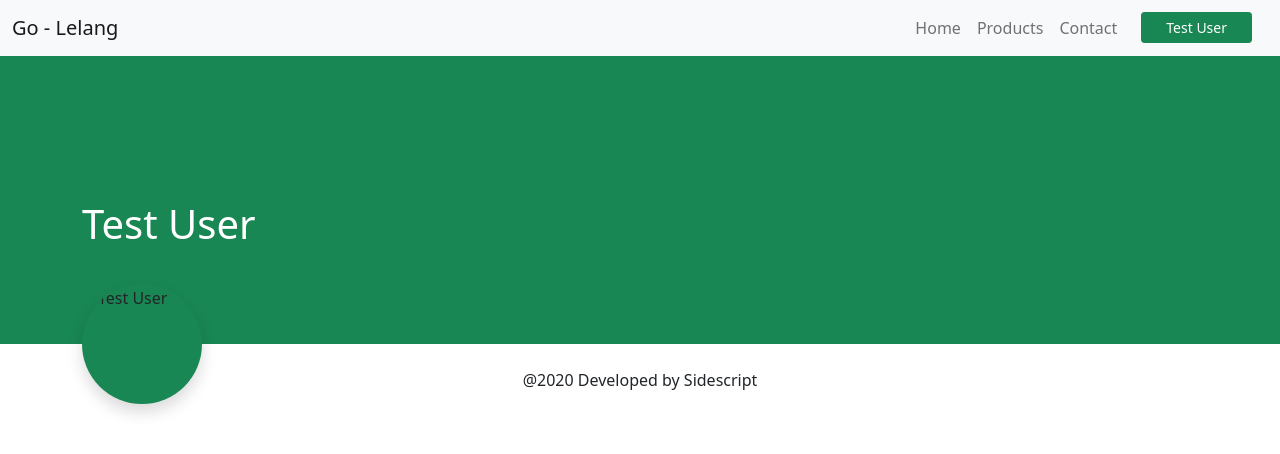
Repository: khulqu15/Go---Lelalng
Page: http://localhost/profile
An editor plug-in stored every save of this project. The page is shown before and after the next save, followed by the edit.
The browser window is 1280 px wide. The pictures show the whole page.
The page is served by the project's Laravel application, run on PHP 8.4 with Laravel 8. A made-up administrator, Test User (test@example.com), is signed in. Other server files are loaded and not shown.

Above is the page before, as saved 2021-02-22 20:20:38.

### routes/web.php
<?php

use App\Http\Controllers\DashboardController;
use App\Http\Controllers\PageController;
use App\Http\Controllers\UserController;
use Illuminate\Support\Facades\Route;

/*
|--------------------------------------------------------------------------
| Web Routes
|--------------------------------------------------------------------------
|
| Here is where you can register web routes for your application. These
| routes are loaded by the RouteServiceProvider within a group which
| contains the "web" middleware group. Now create something great!
|
*/

Route::get('/', [PageController::class, 'home'])->name('home');
Route::get('products', [PageController::class, 'products'])->name('products');
Route::get('product/{id}', [PageController::class, 'product'])->name('product');
Route::get('contact', [PageController::class, 'contact'])->name('contact');
Route::get('login', [PageController::class, 'login'])->name('login');
Route::get('register', [PageController::class, 'register'])->name('register');
Route::post('contact', [UserController::class, 'contactUs'])->name('contact.us');
Route::post('register', [UserController::class, 'register'])->name('register.post');
Route::post('login', [UserController::class, 'login'])->name('login.post');

Route::get('profile', [PageController::class, 'profile'])->name('profile');

Route::group(['middleware' => ['userDashboard']], function() {
    Route::get('dashboard', [DashboardController::class, 'index'])->name('dashboard');
    Route::get('dashboard/product', [DashboardController::class, 'product'])->name('dashboard.product');
    Route::get('dashboard/user', [DashboardController::class, 'user'])->name('dashboard.user');
    Route::get('dashboard/auction', [DashboardController::class, 'auction'])->name('dashboard.auction');
});

### app/Models/User.php
<?php

namespace App\Models;

use Illuminate\Contracts\Auth\MustVerifyEmail;
use Illuminate\Database\Eloquent\Factories\HasFactory;
use Illuminate\Foundation\Auth\User as Authenticatable;
use Illuminate\Notifications\Notifiable;
use Illuminate\Support\Facades\Hash;

class User extends Authenticatable
{
    use HasFactory, Notifiable;

    /**
     * The attributes that are mass assignable.
     *
     * @var array
     */
    protected $fillable = [
        'name',
        'email',
        'password',
    ];

    /**
     * The attributes that should be hidden for arrays.
     *
     * @var array
     */
    protected $hidden = [
        'password',
        'remember_token',
    ];

    /**
     * The attributes that should be cast to native types.
     *
     * @var array
     */
    protected $casts = [
        'email_verified_at' => 'datetime',
    ];

    public function Like()
    {
        return $this->hasMany(Like::class, 'user_id');
    }

    public function Auction()
    {
        return $this->hasMany(Auction::class, 'user_id');
    }

    public function isAdmin()
    {
        if($this->level == 'client') {
            return false;
        } else {
            return true;
        }
    }

    public function setPasswordAttribute($value)
    {
        $this->attributes['password'] = Hash::make($value);
    }
}

### app/Http/Controllers/PageController.php
<?php

namespace App\Http\Controllers;

use App\Models\Category;
use App\Models\Product;
use Illuminate\Http\Request;
use Illuminate\Support\Facades\Auth;

class PageController extends Controller
{
    public function home(Request $request)
    {
        $categories = Category::orderBy('id', 'DESC')->paginate(4);
        $query = Product::query();
        if($request->get('name')) {
            $products = $query->where('name', 'LIKE', '%'.$request->get('name').'%');
        }
        if($request->get('category')) {
            $products = $query->where('category_id', $request->get('category'));
        }
        $products = $query->with('Category')->orderBy('id', 'DESC')->paginate(3);
        return view('welcome', compact('products', 'categories'));
    }

    public function products(Request $request)
    {
        $categories = Category::orderBy('id', 'DESC')->paginate(4);
        $query = Product::query();
        if($request->get('name')) {
            $products = $query->where('name', 'LIKE', '%'.$request->get('name').'%');
        }
        if($request->get('category')) {
            $products = $query->where('category_id', $request->get('category'));
        }
        $products = $query->paginate(3);
        return view('page.products', compact('products', 'categories'));
    }

    public function product($id)
    {
        $product = Product::find($id);
        return view('page.product', compact('product'));
    }

    public function contact()
    {
        return view('page.contact');
    }

    public function login()
    {
        return view('auth.login');
    }

    public function register()
    {
        return view('auth.register');
    }

    public function profile()
    {
        if(Auth::check()) {
            return view('page.profile');
        }
        return redirect()->route('login')->with('error', 'Anda belum login');
    }
}

### resources/views/page/profile.blade.php
@extends('layout.app')

@section('title', Auth::user()->name)

@section('content')
<div class="container-fluid bg-success position-relative py-5">
    <div class="container py-5">
        <div class="row py-5">
            <div class="col-md-12">
                <div class="avatar-profile position-absolute shadow" style="bottom: -60px; width: 120px; height: 120px; border-radius: 120px;">
                    <img src="{{ asset('img/user/'.Auth::user()->avatar) }}" alt="{{ Auth::user()->name }}" class="image-fit-card">
                </div>
                <h1 class="text-white position-absolute">{{ Auth::user()->name }}</h1>
            </div>
        </div>
    </div>
</div>
@endsection

### resources/views/layout/app.blade.php
<!DOCTYPE html>
<html lang="en">
<head>
    <meta charset="UTF-8">
    <meta name="viewport" content="width=device-width, initial-scale=1.0">
    <meta http-equiv="X-UA-Compatible" content="ie=edge">
    <title>GO - Lelang | @yield('title')</title>

    <script src="{{ mix('css/app.css') }}"></script>
    <link rel="stylesheet" href="{{ asset('css/bootstrap.min.css') }}">
    <link rel="stylesheet" href="{{ asset('css/all.min.css') }}">
    <link rel="stylesheet" href="{{ asset('css/fontawesome.min.css') }}">
    <link rel="stylesheet" href="{{ asset('css/style.css') }}">

    <script src="{{ mix('js/app.js') }}"></script>
    <script src="{{ asset('js/jquery-3.5.1.min.js') }}"></script>
    <script src="{{ asset('js/bootstrap.min.js') }}"></script>
    <script src="{{ asset('js/all.min.js') }}"></script>
    <script src="{{ asset('js/fontawesome.min.js') }}"></script>

</head>
<body>

    @if(\Session::has('success'))
    <div role="alert" class="alert alert-success alert-dismissible show position-fixed alert-respond fade">
        <ul class="mb-0 pb-0">
            <li>{{ \Session::get('success') }}</li>
        </ul>
        <button type="button" class="btn-close" data-bs-dismiss="alert" aria-label="Close"></button>
    </div>
    @endif
    @if(\Session::has('error'))
    <div role="alert" class="alert alert-danger alert-dismissible show position-fixed alert-respond fade">
        <ul class="mb-0 pb-0">
            <li>{{ \Session::get('error') }}</li>
        </ul>
        <button type="button" class="btn-close" data-bs-dismiss="alert" aria-label="Close"></button>
    </div>
    @endif

    <nav class="navbar navbar-expand-lg navbar-light bg-light">
        <div class="container-fluid">
            <a class="navbar-brand" href="{{ route('home') }}">Go - Lelang</a>
            <button class="navbar-toggler" type="button" data-bs-toggle="collapse" data-bs-target="#navbarSupportedContent" aria-controls="navbarSupportedContent" aria-expanded="false" aria-label="Toggle navigation">
                <span class="navbar-toggler-icon"></span>
            </button>
            <div class="collapse navbar-collapse" id="navbarSupportedContent">
                <ul class="navbar-nav ms-auto mb-2 mb-lg-0">
                    <li class="nav-item">
                        <a class="nav-link {{ Request::is('home') ? 'active' : '' }}" aria-current="page" href="{{ route('home') }}">Home</a>
                    </li>
                    <li class="nav-item">
                        <a class="nav-link {{ Request::is('products') ? 'active' : '' }}"" href="{{ route('products') }}">Products</a>
                    </li>
                    <li class="nav-item">
                        <a class="nav-link {{ Request::is('contact') ? 'active' : '' }}"" href="{{ route('contact') }}">Contact</a>
                    </li>
                    <li class="nav-item pt-1 px-3">
                        @if (Auth::check())
                            <button onclick="window.location = '{{ route('profile') }}'" class="btn btn-success btn-sm px-4">{{ Auth::user()->name }}</button>
                        @else
                            <button class="btn btn-success btn-sm px-4" onclick="window.location = '{{ route('login') }}'">Login</button>
                            <button class="btn btn-light btn-sm px-2" onclick="window.location = '{{ route('register') }}'">Register</button>
                        @endif
                    </li>
                </ul>
            </div>
        </div>
    </nav>

    @yield('content')

    <footer class="container-fluid py-4">
        <div class="row">
            <div class="col-md-12 text-center">
                <p class="mb-0">@2020 Developed by Sidescript</p>
            </div>
        </div>
    </footer>
</body>
</html>

### public/css/style.css
body {
    overflow-x: hidden !important;
}
.viga {
    font-family: 'Viga', sans-serif;
}
.bgm-primary {
    background-color: #198754 !important;
}
.bgm-primary-light {
    background-color: #FFCECE !important;
}
.btnm-primary {
    border: none;
    border-radius: 0px !important;
    transition: all .3s ease-in-out;
    background-color: #198754 !important;
    padding: 1rem 2rem;
    color: white;
}
.shadow-smooth {
    box-shadow: 10px 20px 49px -8px rgba(0, 0, 0, 0.08) !important;
}
.page-item.active .page-link {
    background-color: #198754 !important;
    border-color: #198754 !important;
    color: white !important;
}
.page-link {
    color: #198754 !important;
}
.text-right {
    text-align: right !important;
}
.text-left {
    text-align: left !important;
}
.text-sm {
    font-size: .8rem;
}
.text-center {
    text-align: center !important;
}
.cursor-point {
    cursor: pointer;
}
.btnm-primary:hover {
    color: white !important;
    background-color: #c01c1c !important;
}
.btnm-light {
    border: none;
    border-radius: 0px !important;
    transition: all .3s ease-in-out;
    background-color: #f2f2f2 !important;
    padding: 1rem 2rem;
    color: #292929;
}
.btnm-light:hover {
    color: #292929 !important;
    background-color: #c2c2c2 !important;
}
.textm-primary {
    color: #198754 !important;
}
.textm-gray {
    color: gray !important;
}

.input-search-home {
    width: 80%;
    position: absolute;
    left: 10%;
    height: 60px;
    box-shadow: 0px 20px 40px -6px rgba(0, 0, 0, 0.12);
    top: -50px;
    background-color: white;
}
.input-search-home input {
    height: 60px;
}
.input-search-home button,
.input-search-home a {
    position: relative;
    top: -10px;
}
.maxm-height {
    min-height: 70vh;
    max-height: 70vh !important;
    overflow-y: auto !important;
    overflow-x: hidden !important;
}


.card-product {
    width: 100%;
    transition: all .3s ease-in-out;
    height: 370px;
    background-color: white;
}
.card-product:hover {
    box-shadow: 12px 24px 48px rgba(0, 0, 0, 0.09);
}
.card-product .image {
    width: 100%;
    height: 170px;
    background-color: #f36c6c;
    overflow: hidden;
}
.card-product .image img {
    transition: all .3s ease-in-out;
}
.card-product .image:hover img {
    transform: scale(1.1);
    opacity: .6;
}
.card-product .like {
    width: 50px;
    height: 50px;
    border-radius: 50px;
    background-color: #fccece;
    color: #198754;
    position: absolute;
    line-height: 53px;
    text-align: center;
    z-index: 10;
    top: 140px;
    right: 20px;
    transition: all .3s ease-in-out;
}
.card-product .like:hover {
    cursor: pointer;
    background-color: #c01c1c;
    color: #FFCECE;
}
.card-product .liked {
    width: 50px;
    height: 50px;
    border-radius: 50px;
    background-color: #198754;
    color: #fccece;
    position: absolute;
    line-height: 53px;
    text-align: center;
    z-index: 10;
    top: 140px;
    right: 20px;
    transition: all .3s ease-in-out;
}
.card-product .like:hover {
    cursor: pointer;
    color: #c01c1c;
    background-color: #FFCECE;
}
.image-fit-card {
    width: 100%;
    height: 100%;
    object-fit: cover !important;
}
.card-product .line-category {
    display: inline-block;
    width: 20px;
    height: 3px;
    background-color: gray;
}

.bg-hammer-bottom {
    background: url('../img/wallpaper/hammer.png');
    background-attachment: fixed;
    background-position: center;
    background-size: cover;
}

.input-email-footer {
    position: relative;
    width: 100%;
    height: 70px;
    box-shadow: 0px 19px 38px rgba(0, 0, 0, 0.12);
    background-color: white;
}
.input-email-footer input {
    height: 70px;
    width: 100%;
}
.input-email-footer button {
    position: relative;
    top: -8px
}

.menu-footer {
    color: rgba(255, 255, 255, .5);
}
.menu-footer.active,
.menu-footer:hover {
    color: rgba(255, 255, 255, 1);
    cursor: pointer;
    transition: all .4s ease-in-out;
}
.menu-footer .icon {
    position: absolute;
    right: -50px;
    opacity: 0;
    transition: all .2s ease-in-out;
    visibility: hidden;
}
.menu-footer.active .icon,
.menu-footer:hover .icon {
    position: relative;
    opacity: 1;
    right: 0;
    visibility: visible;
}
.menu-footer .menu-title {
    transition: all .2s ease-in-out;
    position: relative;
    font-size: 3rem;
    right: -10px;
}
.menu-footer.active .menu-title,
.menu-footer:hover .menu-title {
    position: relative;
    right: 0px;
}

.icons-footer svg {
    transition: all .2s ease-in-out;
    color: #c2c2c2;
    margin: 0px .8rem;
    font-size: 1.4rem;
}

.icons-footer svg:hover {
    cursor: pointer;
    color: #767676;
}

.navbar {
    transition: all .3s ease-in-out;
    z-index: 100;
}
.burger {
    position: relative;
    top: -5px;
    margin: 10px 0px 0px 0px;
}
.burger div {
    width: 30px;
    height: 2px;
    margin: 7px 0px;
    position: relative;
    background-color: #767676;
    transition: all .3s ease-in-out;
}
.burger.times div:nth-child(1) {
    transform: rotate(45deg);
    top: 5px;
}
.burger.times div:nth-child(2) {
    transform: rotate(-45deg);
    top: -5px;
}

.navbar-fixed {
    position: fixed;
    width: 100%;
    z-index: 50;
    overflow-x: hidden !important;
    overflow-y: auto !important;
    height: 100%;
    top: 0;
    opacity: 1;
    transform: skew(0deg);
    background-color: white;
    visibility: visible;
    right: 0;
    transition: all .5s ease-in;
}
.avatar-sm {
    width: 40px;
    height: 40px;
    border-radius: 40px;
    overflow: hidden;
    display: inline-block;
}
.avatar-md {
    width: 50px;
    height: 50px;
    border-radius: 50px;
    overflow: hidden;
    display: inline-block;
}
.avatar-sm-navbar {
    width: 40px;
    height: 40px;
    border-radius: 40px;
    display: inline-block;
    right: 120px;
    position: absolute;
    z-index: 10;
    overflow: hidden;
    transition: all .3s ease-in-out;
    top: 24px;
    box-sizing: content-box;
}
.avatar-sm-navbar:hover {
    cursor: pointer;
    border: 4px solid gainsboro;
    top: 20px;
    right: 112px;
}
.navbar-fixed.hide {
    transform: skew(10deg) !important;
    opacity: 0 !important;
    right: -100% !important;
    visibility: hidden !important;
}
.menu-navbar {
    color: rgba(44, 44, 44, 0.5);
}
.menu-navbar.active,
.menu-navbar:hover {
    color: rgba(44, 44, 44, 1) !important;
    cursor: pointer;
    transition: all .4s ease-in-out;
}
.menu-navbar .icon {
    position: absolute;
    right: -50px;
    opacity: 0;
    transition: all .2s ease-in-out;
    visibility: hidden;
}
.menu-navbar.active .icon,
.menu-navbar:hover .icon {
    position: relative;
    opacity: 1;
    right: 0;
    visibility: visible;
}
.menu-navbar .menu-title {
    transition: all .2s ease-in-out;
    position: relative;
    font-size: 3rem;
    right: -10px;
}
.menu-navbar.active .menu-title,
.menu-navbar:hover .menu-title {
    position: relative !important;
    right: 0px !important;
}
a {
    text-decoration: none !important;
}
.full-page,
.bg-product {
    width: 100%;
    min-height: 100vh;
    overflow: hidden;
    position: relative;
    background-color: #292929;
}
.full-page {
    background-color: #f36c6c !important;
}
.bg-product img {
    opacity: .8;
}

.avatar-profile {
    width: 80px;
    margin: 0px auto;
    height: 80px;
    display: inline-block;
    border-radius: 80px;
    overflow: hidden !important;
    background-color: #198754;
}
.ellipsis-menu-right {
    top: 0;
    right: 0;
    margin: .7rem;
    font-size: 1.2rem;
}

.card-profile-navbar {
    background-color: white;
    width: 300px;
    position: relative;
    z-index: 100;
}
.card-auction {
    box-shadow: 0px 5px 15px rgba(0, 0, 0, 0.12);
    transition: all .3s ease-in-out;
}
.card-auction:hover {
    box-shadow: 0px 10px 30px rgba(0, 0, 0, 0.1);
}
.alert-respond {
    width: 50%;
    top: 20%;
    z-index: 100;
    left: 25%;
}
@media only screen and (max-width: 760px) {
    .alert-respond {
        z-index: 100;
        top: 20%;
        width: 80%;
        left: 10%;
    }
}

.btn-fab {
    position: fixed;
    right: 25px;
    bottom: 25px;
    z-index: 100;
}

.menu-ellipsis {
    width: 260px;
    overflow: hidden;
    right: 0;
    background-color: white;
    transition: all .3s ease-in-out;
    box-shadow: 0px 10px 20px rgba(0, 0, 0, 0.08);
}
.menu-ellipsis.hide {
    opacity: 0 !important;
    visibility: hidden !important;
    right: -20px !important;
}
.menu-ellipsis .item {
    padding: .7rem 1.4rem;
    transition: all .3s ease-in-out;
    text-align: right !important;
    cursor: pointer;
}
.menu-ellipsis .item:hover {
    background-color: gainsboro;
}

Loaded but not shown: app/Providers/AppServiceProvider.php (common file); app/Http/Controllers/Controller.php (common file); public/mix-manifest.json (common file); public/css/bootstrap.min.css (library); public/css/all.min.css (library); public/css/fontawesome.min.css (library); public/js/app.js (library); public/js/jquery-3.5.1.min.js (library); public/js/bootstrap.min.js (library); public/js/fontawesome.min.js (library); public/css/app.css (empty)

After the next save:
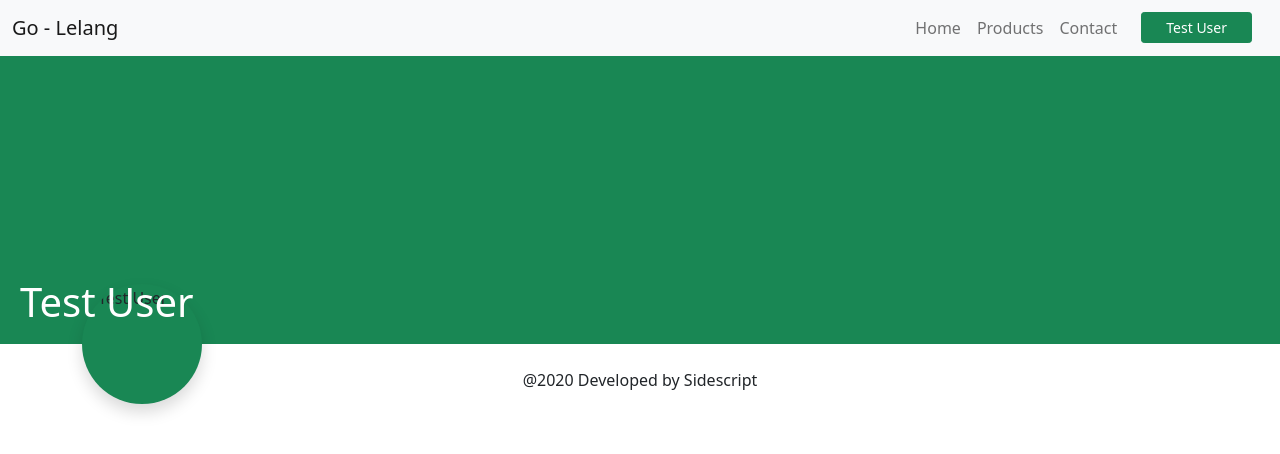
Saved 85 s later.
--- a/resources/views/page/profile.blade.php
+++ b/resources/views/page/profile.blade.php
@@ -10,7 +10,7 @@
                 <div class="avatar-profile position-absolute shadow" style="bottom: -60px; width: 120px; height: 120px; border-radius: 120px;">
                     <img src="{{ asset('img/user/'.Auth::user()->avatar) }}" alt="{{ Auth::user()->name }}" class="image-fit-card">
                 </div>
-                <h1 class="text-white position-absolute">{{ Auth::user()->name }}</h1>
+                <h1 class="text-white position-absolute" style="bottom: 10px; left: 20px">{{ Auth::user()->name }}</h1>
             </div>
         </div>
     </div>
